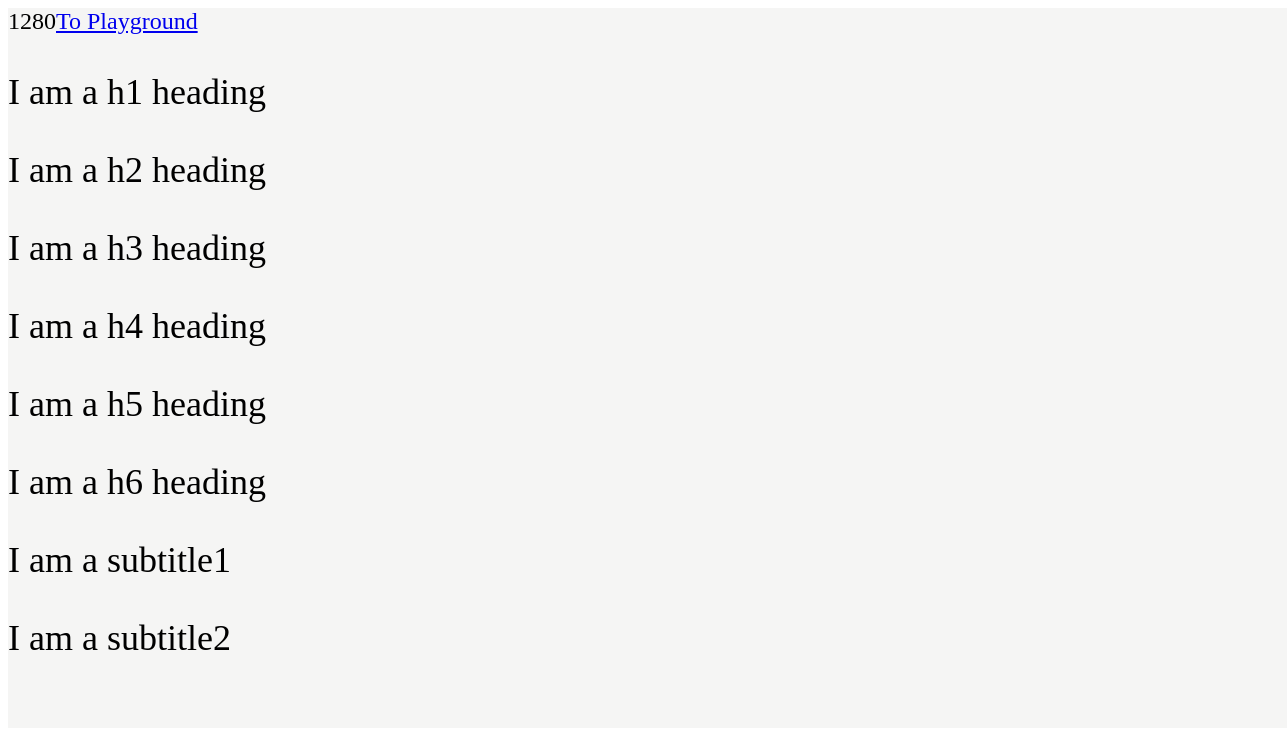
Repository: Terrycoco/coco-playground-starter
Page: /
These files come from the project's save history. The page is drawn as it stood at one moment and after the next save; the edit follows.
The browser window is 1280 px wide. The page is 1287 px wide, so the pictures cover 1287 px, including what lies to the right of the window. The pictures show the whole page.
Some web fonts or font styles are not loaded; a fallback is used. The project was rebuilt for these pictures with package versions that can differ from the ones it lists, and the page was loaded fresh each time. The framework's server and built-in components were replaced by stand-ins that run in the browser. Also part of the build but not shown: next.config.js, src/dev/components/dropdowns/ColorDropdown.js, src/dev/components/dropdowns/FontDropdown.js, src/dev/components/dropdowns/Dropdown.js.

Above is the page before, as saved 2023-02-16 14:17:13.

### src/pages/_app.js
import "@/styles/globals.css";
import Head from "next/head";
import { ThemeProvider, ViewportProvider } from "@/context";
import "../libraries/fontawesome";
import { fontVariables } from "@/utils/fonts";
import CSSVariables from "@/styles/CSSVariables";

export default function App({ Component, pageProps }) {
  return (
    <div className={fontVariables}>
      <ViewportProvider>
        <ThemeProvider key="themeprovider">
          <CSSVariables>
            <Head>
              <meta
                name="viewport"
                content="width=device-width, initial-scale=1.0"
              />
            </Head>

            <Component {...pageProps} />
          </CSSVariables>
        </ThemeProvider>
      </ViewportProvider>
    </div>
  );
}

### src/pages/index.js
import Head from "next/head";
import Image from "next/image";
import { Inter } from "@next/font/google";
import Link from "next/link";
import Page from "@/components/layout/Page";
//import styles from "@/styles/Home.module.css";

import { ColorDropdown } from "@/dev/components/dropdowns";

const inter = Inter({ subsets: ["latin"] });

export default function Home() {
  return (
    <>
      <Head>
        <title>Create Next App</title>
        <meta name="description" content="Generated by create next app" />
        <meta name="viewport" content="width=device-width, initial-scale=1" />
        <link rel="icon" href="/favicon.ico" />
      </Head>
      <main>
        <Page>
          <Link
            type="button"
            className="inline-block px-6 py-2.5 bg-blue-600 text-white font-medium text-xs leading-tight uppercase rounded shadow-md hover:bg-blue-700 hover:shadow-lg focus:bg-blue-700 focus:shadow-lg focus:outline-none focus:ring-0 active:bg-blue-800 active:shadow-lg transition duration-150 ease-in-out"
            href="/playground"
          >
            To Playground
          </Link>
          <section style={{ maxWidth: "600px" }}>
            <p key={Math.random()} elem="h1">
              I am a h1 heading
            </p>

            <p key={Math.random()} elem="h2">
              I am a h2 heading
            </p>
            <p key={Math.random()} elem="h3">
              I am a h3 heading
            </p>
            <p key={Math.random()} elem="h4">
              I am a h4 heading
            </p>

            <p key={Math.random()} elem="h5">
              I am a h5 heading
            </p>
            <p key={Math.random()} elem="h6">
              I am a h6 heading
            </p>
            <p key={Math.random()} elem="subtitle1">
              I am a subtitle1
            </p>
            <p key={Math.random()} elem="subtitle2">
              I am a subtitle2
            </p>
          </section>
        </Page>
      </main>
    </>
  );
}

### src/styles/globals.css
:root {
  font-size: calc(1em * var(--text-multiplier, 1));
}

p {
  font-size: calc(1em * var(--text-multiplier, 1));
}

@media (min-width: 480px) {
  :root {
    --text-multiplier: 1.25;
  }
}

@media (min-width: 640px) {
  :root {
    --text-multiplier: 1.5;
  }
}

/* :root {
  --max-width: 1100px;
  --border-radius: 12px;
  --font-mono: ui-monospace, Menlo, Monaco, "Cascadia Mono", "Segoe UI Mono",
    "Roboto Mono", "Oxygen Mono", "Ubuntu Monospace", "Source Code Pro",
    "Fira Mono", "Droid Sans Mono", "Courier New", monospace;

  --foreground-rgb: 0, 0, 0;
  --background-start-rgb: 214, 219, 220;
  --background-end-rgb: 255, 255, 255;

  --primary-glow: conic-gradient(
    from 180deg at 50% 50%,
    #16abff33 0deg,
    #0885ff33 55deg,
    #54d6ff33 120deg,
    #0071ff33 160deg,
    transparent 360deg
  );
  --secondary-glow: radial-gradient(
    rgba(255, 255, 255, 1),
    rgba(255, 255, 255, 0)
  );

  --tile-start-rgb: 239, 245, 249;
  --tile-end-rgb: 228, 232, 233;
  --tile-border: conic-gradient(
    #00000080,
    #00000040,
    #00000030,
    #00000020,
    #00000010,
    #00000010,
    #00000080
  );

  --callout-rgb: 238, 240, 241;
  --callout-border-rgb: 172, 175, 176;
  --card-rgb: 180, 185, 188;
  --card-border-rgb: 131, 134, 135;
}

@media (prefers-color-scheme: dark) {
  :root {
    --foreground-rgb: 255, 255, 255;
    --background-start-rgb: 0, 0, 0;
    --background-end-rgb: 0, 0, 0;

    --primary-glow: radial-gradient(rgba(1, 65, 255, 0.4), rgba(1, 65, 255, 0));
    --secondary-glow: linear-gradient(
      to bottom right,
      rgba(1, 65, 255, 0),
      rgba(1, 65, 255, 0),
      rgba(1, 65, 255, 0.3)
    );

    --tile-start-rgb: 2, 13, 46;
    --tile-end-rgb: 2, 5, 19;
    --tile-border: conic-gradient(
      #ffffff80,
      #ffffff40,
      #ffffff30,
      #ffffff20,
      #ffffff10,
      #ffffff10,
      #ffffff80
    );

    --callout-rgb: 20, 20, 20;
    --callout-border-rgb: 108, 108, 108;
    --card-rgb: 100, 100, 100;
    --card-border-rgb: 200, 200, 200;
  }
}

* {
  box-sizing: border-box;
  padding: 0;
  margin: 0;
}

html,
body {
  max-width: 100vw;
  overflow-x: hidden;
}

body {
  color: rgb(var(--foreground-rgb));
  background: linear-gradient(
      to bottom,
      transparent,
      rgb(var(--background-end-rgb))
    )
    rgb(var(--background-start-rgb));
}

a {
  color: inherit;
  text-decoration: none;
}

@media (prefers-color-scheme: dark) {
  html {
    color-scheme: dark;
  }
} */

### src/context/index.js
import { ThemeProvider } from "./ThemeContext";
import { ViewportProvider } from "./ViewportContext";

module.exports = { ThemeProvider, ViewportProvider };

### src/libraries/fontawesome.js
// import the library
import { library, config } from "@fortawesome/fontawesome-svg-core";

//import your icons
import { faSquare } from "@fortawesome/free-solid-svg-icons";

config.autoAddCss = false;

library.add(
  faSquare
  // more icons go here
);

### src/utils/fonts.js
import { toCamelCase, isOneOf } from "@/utils/strings";

//import from @next/font
import {
  Raleway,
  Inter,
  Space_Mono,
  Playfair_Display,
  Nunito,
  Rubik,
  Work_Sans,
  Quicksand,
  Karla,
  Josefin_Sans,
  //Noto_Sans_Bengali,
  Lora,
  Bitter,
  Roboto_Serif,
  //Noto_Serif_Bengali,
  // Noto_Sans_Display,
  // Noto_Serif_Display,
  Roboto_Mono,
  Comfortaa,
  Open_Sans,
  Oleo_Script,
  Sansita_Swashed,
  Roboto_Flex,
  Montserrat,
} from "@next/font/google";

//load each font (must do this manually UNFORTUNATELY!!!!)
const raleway = Raleway({
  subsets: ["latin"],
  variable: "--font-raleway",
});
const inter = Inter({
  subsets: ["latin"],
  variable: "--font-inter",
});
const spaceMono = Space_Mono({
  subsets: ["latin"],
  variable: "--font-space-mono",
  weight: "400",
});
const playfairDisplay = Playfair_Display({
  subsets: ["latin"],
  variable: "--font-playfair-display",
});
const nunito = Nunito({
  subsets: ["latin"],
  variable: "--font-nunito",
});
const rubik = Rubik({
  subsets: ["latin"],
  variable: "--font-rubik",
});
const workSans = Work_Sans({
  subsets: ["latin"],
  variable: "--font-work-sans",
});
const quicksand = Quicksand({
  subsets: ["latin"],
  variable: "--font-quicksand",
});
const karla = Karla({
  subsets: ["latin"],
  variable: "--font-karla",
});
const josefinSans = Josefin_Sans({
  subsets: ["latin"],
  variable: "--font-josefin-sans",
});
// const notoSansBengali = Noto_Sans_Bengali({
//   subsets: ["latin"],
//   variable: "--font-noto-sans-bengali",
// });
const lora = Lora({
  subsets: ["latin"],
  variable: "--font-lora",
});
const bitter = Bitter({
  subsets: ["latin"],
  variable: "--font-bitter",
});
const robotoSerif = Roboto_Serif({
  subsets: ["latin"],
  variable: "--font-roboto-serif",
});
// const notoSerifBengali = Noto_Serif_Bengali({
//   subsets: ["latin"],
//   variable: "--font-noto-serif-bengali",
// });

// const notoSansDisplay = Noto_Sans_Display({
//   subsets: ["latin"],
//   variable: "--font-noto-sans-display",
// });
// const notoSerifDisplay = Noto_Serif_Display({
//   subsets: ["latin"],
//   variable: "--font-noto-serif-display",
// });
const robotoMono = Roboto_Mono({
  subsets: ["latin"],
  variable: "--font-roboto_mono",
});
const comfortaa = Comfortaa({
  subsets: ["latin"],
  variable: "--font-comfortaa",
});
const openSans = Open_Sans({
  subsets: ["latin"],
  variable: "--font-open_sans",
});
const oleoScript = Oleo_Script({
  subsets: ["latin"],
  variable: "--font-oleo-script",
  weight: "400",
});
const sansitaSwashed = Sansita_Swashed({
  subsets: ["latin"],
  variable: "--font-sansita-swashed",
});
const robotoFlex = Roboto_Flex({
  subsets: ["latin"],
  variable: "--font-roboto-flex",
});
const montserrat = Montserrat({
  subsets: ["latin"],
  variable: "--font-montserrat",
});

//add the result to font list so we can access
const fonts = {
  raleway: {
    category: ["sans"],
    name: "Raleway",
    config: raleway,
  },
  inter: {
    category: ["sans"],
    name: "Inter",
    config: inter,
  },
  spaceMono: {
    category: ["mono"],
    name: "Space Mono",
    config: spaceMono,
  },
  playfairDisplay: {
    category: ["display"],
    name: "Playfair Display",
    config: playfairDisplay,
  },

  nunito: {
    category: ["sans"],
    name: "Nunito",
    config: nunito,
  },

  rubik: {
    category: ["sans"],
    name: "Rubik",
    config: rubik,
  },

  workSans: {
    category: ["sans"],
    name: "Work Sans",
    config: workSans,
  },
  quicksand: {
    category: ["sans"],
    name: "Quicksand",
    config: quicksand,
  },

  karla: {
    category: ["sans"],
    name: "Karla",
    config: karla,
  },
  josefinSans: {
    category: ["sans"],
    name: "Josefin Sans",
    config: josefinSans,
  },
  // notoSansBengali: {
  //   category: ["sans"],
  //   name: "Noto Sans Bengali",
  //   config: notoSansBengali,
  // },
  lora: {
    category: ["serif"],
    name: "Lora",
    config: lora,
  },
  bitter: {
    category: ["serif"],
    name: "Bitter",
    config: bitter,
  },
  robotoSerif: {
    category: ["serif"],
    name: "Roboto Serif",
    config: robotoSerif,
  },

  // notoSerifBengali: {
  //   category: ["serif"],
  //   name: "Noto Serif Bengali",
  //   config: notoSerifBengali,
  // },
  // notoSansDisplay: {
  //   category: ["display"],
  //   name: "Noto Sans Display",
  //   config: notoSansDisplay,
  // },
  // notoSerifDisplay: {
  //   category: ["display"],
  //   name: "Noto Serif Display",
  //   config: notoSerifDisplay,
  // },
  robotoMono: {
    category: ["mono"],
    name: "Roboto Mono",
    config: robotoMono,
  },
  comfortaa: {
    category: ["display"],
    name: "Comfortaa",
    config: comfortaa,
  },
  openSans: {
    category: ["display", "sans"],
    name: "Open Sans",
    config: openSans,
  },
  oleoScript: {
    category: ["display", "special"],
    name: "Oleo Script",
    config: oleoScript,
  },
  sansitaSwashed: {
    category: ["display", "special"],
    name: "Sansita Swashed",
    config: sansitaSwashed,
  },
  robotoFlex: {
    category: ["sans", "display", "special"],
    name: "Roboto Flex",
    config: robotoFlex,
  },
  montserrat: {
    category: ["sans", "display", "special"],
    name: "Montserrat",
    config: montserrat,
  },
};

//just return variables for use in _app (dev only)
const allFontVariables = () => {
  let result = ` `;
  for (const font in fonts) {
    result += `${fonts[font].config.variable} `;
  }
  return result;
};

//just return variables for use in _app (dev only)
const allFontClassNames = () => {
  let result = ` `;
  for (const font in fonts) {
    result += `${fonts[font].config.className} `;
  }
  return result;
};

const getFontsByCategory = () => {
  let result = {
    sans: [],
    serif: [],
    display: [],
    mono: [],
    special: [],
  };

  const fontKeys = Object.keys(fonts);

  fontKeys.forEach((fontkey) => {
    let fontObj = fonts[fontkey];

    for (const cat in fontObj.category) {
      let category = fontObj.category[cat];

      result[category].push(fontObj.name);
    }
  });

  result.sans.sort();
  result.serif.sort();
  result.display.sort();
  result.mono.sort();
  result.special.sort();
  // console.log("font list:", result);
  return result;
};

const getFontByName = (name) => {
  let varname = name.replace(" ", "");
  let key = varname[0].toLowerCase() + varname.substring(1);
  let obj = fonts[key];
  return obj;
};

const getFontClassName = (name) => {
  let obj = getFontByName(name);
  if (typeof obj === "object") {
    console.log(name, " classname:", obj.config.className);
    return obj.config.className;
  } else {
    return "";
  }
};

const getFontVariable = (name) => {
  let str = name.replaceAll(" ", "-").toLowerCase();
  return `var(--font-${str})`;
};

const getFontNameFromVar = (variable = "") => {
  if (variable.length === 0) return;
  let str = variable.slice(11, variable.length - 1);

  // TODO: futureproof list of theme categories
  if (isOneOf(str, ["body", "display", "special", "mono"])) {
    return str;
  }

  let words = str.split("-");
  words = words.map((word) => {
    return word[0].toUpperCase() + word.substring(1);
  });

  return words.join(" ");
};

const fontVariables = allFontVariables();
const fontClassNames = allFontClassNames();

export {
  getFontsByCategory,
  fontVariables,
  fontClassNames,
  fonts,
  getFontByName,
  getFontClassName,
  getFontVariable,
  getFontNameFromVar,
};

### src/styles/CSSVariables.js
//to create global CSS variables dependent on Theme
import styled from "styled-components";
import { useTheme } from "@/hooks";
import { fontVariables, getFontVariable } from "@/utils/fonts";

//TODO MAKE THIS DYNAMIC LOADING OF FONT CATEGORIES?
const Vars = styled.div`
  --font-body: ${(props) => props.theme.fonts.body};
  --font-display: ${(props) => props.theme.fonts.display};
  --font-special: ${(props) => props.theme.fonts.special};
  --font-mono: ${(props) => props.theme.fonts.mono};
  --clr-primary: ${(props) => props.theme.colors.primary};
  --clr-blackish75: ${(props) => props.theme.colors.blackish75};
`;

const CSSVariables = (props) => {
  const { theme } = useTheme();
  return <Vars theme={theme}>{props.children}</Vars>;
};

export default CSSVariables;

### src/components/layout/Page.js
import styled from "styled-components";
import { useTheme, useViewport } from "@/hooks";

let StyledPage = styled.div`
  min-height: 100vh;
  width: calc(100vw - 1px);
  overflow-x: hidden;
  overflow-y: auto;
  z-index: 0;
  background-color: white;
`;

const Page = (props) => {
  const { theme } = useTheme();
  const { width } = useViewport();
  const breakpoint = 620;

  return (
    <StyledPage
      style={theme.layout.page}
      {...props}
      onClick={(e) =>
        props.onClick ? props.onClick(e, "layout", "page") : null
      }
    >
      {width}
      {props.children}
    </StyledPage>
  );
};

export default Page;

### src/dev/components/dropdowns/index.js
import ColorDropdown from "./ColorDropdown";
import FontDropdown from "./FontDropdown";
import Dropdown from "./Dropdown";

module.exports = { ColorDropdown, FontDropdown, Dropdown };

### src/context/ThemeContext.js
import { createContext, useState, useContext } from "react";
import { initVariants } from "@/dev/utils/colorUtils";
import { currentTheme as mytheme } from "@/themes";

//create context object with defaults
export const ThemeContext = createContext({
  theme: {},
  setTheme: () => {},
});

//export Provider
export function ThemeProvider(props) {
  const setTheme = (theme) => {
    setState({ ...state, theme: theme });
  };
  const initState = {
    theme: initVariants(mytheme),
    setTheme: setTheme,
  };

  const [state, setState] = useState(initState);
  // console.log("initialTheme: , ", state);
  return (
    <ThemeContext.Provider value={state}>
      {props.children}
    </ThemeContext.Provider>
  );
}

//export useContext hook
export function useTheme() {
  return useContext(ThemeContext);
}

### src/context/ViewportContext.js
import { useContext, createContext, useState, useEffect } from "react";

export const viewportContext = createContext({});

export const ViewportProvider = ({ children }) => {
  const [width, setWidth] = useState(0); //avoid window not defined error

  const handleWindowResize = () => {
    setWidth(window.innerWidth);
  };

  useEffect(() => {
    //lets set initial size here
    setWidth(window.innerWidth);
    //and listen for changes
    window.addEventListener("resize", handleWindowResize);

    return () => window.removeEventListener("resize", handleWindowResize);
  }, []);

  return (
    <viewportContext.Provider value={{ width }}>
      {children}
    </viewportContext.Provider>
  );
};

export const useViewport = () => {
  const { width } = useContext(viewportContext);
  return { width };
};

### src/utils/strings.js
export function toCamelCase(str) {
  return str
    .split(" ")
    .map(function (word, index) {
      // If it is the first word make sure to lowercase all the chars.
      if (index == 0) {
        return word.toLowerCase();
      }
      // If it is not the first word only upper case the first char and lowercase the rest.
      return word.charAt(0).toUpperCase() + word.slice(1).toLowerCase();
    })
    .join("");
}

export function isOneOf(yourString, arrayToSearch) {
  return arrayToSearch.some((substring) => yourString.includes(substring));
}

### src/hooks/index.js
import useTheme from "@/hooks/useTheme";
import useViewport from "@/hooks/useViewport";

module.exports = { useTheme, useViewport };

### src/dev/utils/colorUtils.js
const getPctOfHex = (hex, pct) => {
  //incoming pct is pct opacity of orig color
  let inverted = 100 - pct;
  //convert incoming to hsl
  let hsl = hexToHSL(hex);

  //current lightness is 0%;
  let currentLightPct = hsl.l;
  let remainingLightPct = 100 - currentLightPct;
  let onepct = remainingLightPct / 100;
  let desiredPct = onepct * inverted + currentLightPct;
  let result = HSLToHex(hsl.h, hsl.s, desiredPct);
  return result;
};

function hexToHSL(H) {
  // Convert hex to RGB first
  let r = 0,
    g = 0,
    b = 0;
  if (H.length == 4) {
    r = "0x" + H[1] + H[1];
    g = "0x" + H[2] + H[2];
    b = "0x" + H[3] + H[3];
  } else if (H.length == 7) {
    r = "0x" + H[1] + H[2];
    g = "0x" + H[3] + H[4];
    b = "0x" + H[5] + H[6];
  }
  // Then to HSL
  r /= 255;
  g /= 255;
  b /= 255;
  let cmin = Math.min(r, g, b),
    cmax = Math.max(r, g, b),
    delta = cmax - cmin,
    h = 0,
    s = 0,
    l = 0;

  if (delta == 0) h = 0;
  else if (cmax == r) h = ((g - b) / delta) % 6;
  else if (cmax == g) h = (b - r) / delta + 2;
  else h = (r - g) / delta + 4;

  h = Math.round(h * 60);

  if (h < 0) h += 360;

  l = (cmax + cmin) / 2;
  s = delta == 0 ? 0 : delta / (1 - Math.abs(2 * l - 1));
  s = +(s * 100).toFixed(1);
  l = +(l * 100).toFixed(1);

  return { h: h, s: s, l: l };
}

function HSLToHex(h, s, l) {
  s /= 100;
  l /= 100;

  let c = (1 - Math.abs(2 * l - 1)) * s,
    x = c * (1 - Math.abs(((h / 60) % 2) - 1)),
    m = l - c / 2,
    r = 0,
    g = 0,
    b = 0;

  if (0 <= h && h < 60) {
    r = c;
    g = x;
    b = 0;
  } else if (60 <= h && h < 120) {
    r = x;
    g = c;
    b = 0;
  } else if (120 <= h && h < 180) {
    r = 0;
    g = c;
    b = x;
  } else if (180 <= h && h < 240) {
    r = 0;
    g = x;
    b = c;
  } else if (240 <= h && h < 300) {
    r = x;
    g = 0;
    b = c;
  } else if (300 <= h && h < 360) {
    r = c;
    g = 0;
    b = x;
  }
  // Having obtained RGB, convert channels to hex
  r = Math.round((r + m) * 255).toString(16);
  g = Math.round((g + m) * 255).toString(16);
  b = Math.round((b + m) * 255).toString(16);

  // Prepend 0s, if necessary
  if (r.length == 1) r = "0" + r;
  if (g.length == 1) g = "0" + g;
  if (b.length == 1) b = "0" + b;

  return "#" + r + g + b;
}

const updateVariants = (category, passedtheme) => {
  let newtheme = Object.assign({}, passedtheme);
  //just reset theme variants for one base
  let hex = passedtheme.colors[category];
  let keys = [75, 50, 25, 10, 5];

  if (!newtheme.hasOwnProperty("colorVariants")) {
    newtheme.colorVariants = {};
  }

  let variantsObj = newtheme.colorVariants;

  keys.forEach((key) => {
    let val = getPctOfHex(hex, key);
    let newkey = `${category}${key}`;
    variantsObj[newkey] = val;
  });

  //passedtheme.colors[category] = variants;
  // console.log("variants updated: ", newtheme);
  return newtheme;
};

export const initVariants = (passedtheme) => {
  // let newtheme = Object.assign({}, passedtheme);

  const myColors = Object.keys(passedtheme.colors);
  let newtheme;

  for (const idx in myColors) {
    let category = myColors[idx];
    //not for error or whitish
    if (category !== "error" && category !== "whitish") {
      newtheme = updateVariants(category, passedtheme);
    }
  } //end for

  //console.log("variants initialized", newtheme);
  return newtheme;
};

### src/themes/index.js
import learn from "./learn.js";

let currentTheme = learn;

module.exports = { currentTheme };

### src/hooks/useTheme.js
import { useTheme } from "@/context/ThemeContext";

export default useTheme;

### src/hooks/useViewport.js
import { useViewport } from "@/context/ViewportContext";

export default useViewport;

### src/themes/learn.js
export const screens = {
  xs: 0,
  mobile: "var(--lg-mobile)",
  tablet: "var(--tablet)",
  laptop: "var(--laptop)",
  desktop: "var(--desktop)",
  tv: "var(--tv)",
};

export const colors = {
  primary: "#fc3a79",
  secondary: "#fe572e",
  blackish: "#261f22",
  whitish: "#f5f5f4",
  error: "#dc2626",
};

export const colorVariants = {};

export const fonts = {
  body: "var(--font-montserrat)",
  display: "var(--font-josefin-sans)",
  special: "var(--font-oleo-script)",
  mono: "var(--font-space-mono)",
};

export const text = {
  h1: {
    color: colors.blackish,
    fontFamily: "var(--font-display)",
    fontSize: "6.063rem",
    fontWeight: "lighter",
    lineHeight: 1,
    letterSpacing: "-1.5px",
    wordSpacing: "-5px",
  },
  h2: {
    color: colors.blackish,
    fontFamily: "var(--font-display)",
    fontSize: "6.1rem",
    fontWeight: "lighter",
    lineHeight: 1.1,
    letterSpacing: "-0.5px",
  },
  h3: {
    color: colors.blackish,
    fontFamily: "var(--font-display)",
    fontSize: "4.8rem",
    fontWeight: "normal",
    lineHeight: 1.4,
    letterSpacing: 0,
  },
  h4: {
    color: colors.blackish,
    fontFamily: "var(--font-display)",
    fontSize: "3.4rem",
    fontWeight: "normal",
    lineHeight: 1.4,
    letterSpacing: ".25px",
  },
  h5: {
    color: colors.blackish,
    fontFamily: "var(--font-display)",
    fontSize: "2.4rem",
    fontWeight: "normal",
    lineHeight: 1.4,
    letterSpacing: 0,
  },
  h6: {
    color: colors.blackish,
    fontFamily: "var(--font-display)",
    fontSize: "2rem",
    fontWeight: "medium",
    lineHeight: 1.4,
    letterSpacing: ".15px",
  },
  subtitle1: {
    color: colors.blackish,
    fontFamily: "var(--font-display)",
    fontSize: "1.6rem",
    fontWeight: "normal",
    lineHeight: 1.4,
    letterSpacing: ".15px",
  },
  subtitle2: {
    color: colors.blackish,
    fontFamily: "var(--font-display)",
    fontSize: "1.4rem",
    fontWeight: "medium",
    lineHeight: 1.4,
    letterSpacing: ".1px",
  },
};

export const layout = {
  page: {
    backgroundColor: colors.whitish,
  },
};

let theme = { screens, colors, colorVariants, fonts, text, layout };

export default theme;

Loaded but not shown: src/pages/_document.js (common file)

After the next save:
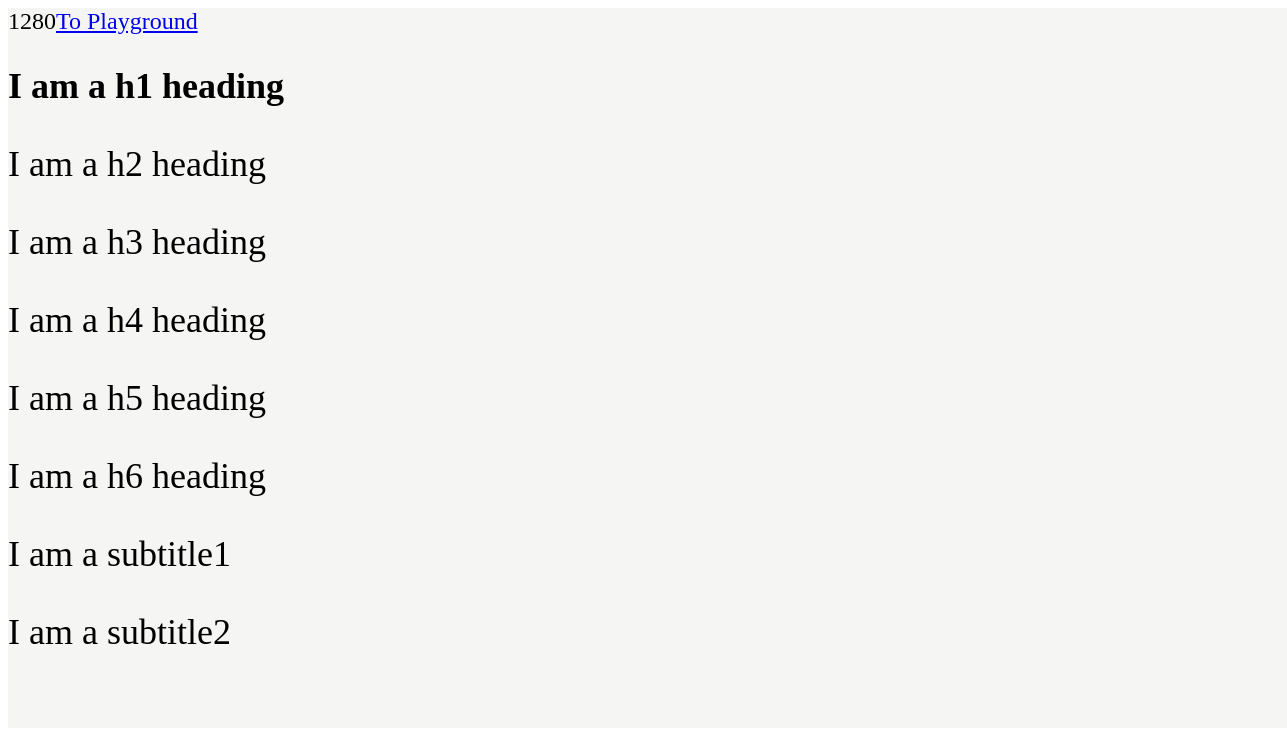
Saved 37 s later.
--- a/src/pages/index.js
+++ b/src/pages/index.js
@@ -28,9 +28,9 @@ export default function Home() {
             To Playground
           </Link>
           <section style={{ maxWidth: "600px" }}>
-            <p key={Math.random()} elem="h1">
+            <h1 key={Math.random()} elem="h1">
               I am a h1 heading
-            </p>
+            </h1>
 
             <p key={Math.random()} elem="h2">
               I am a h2 heading
